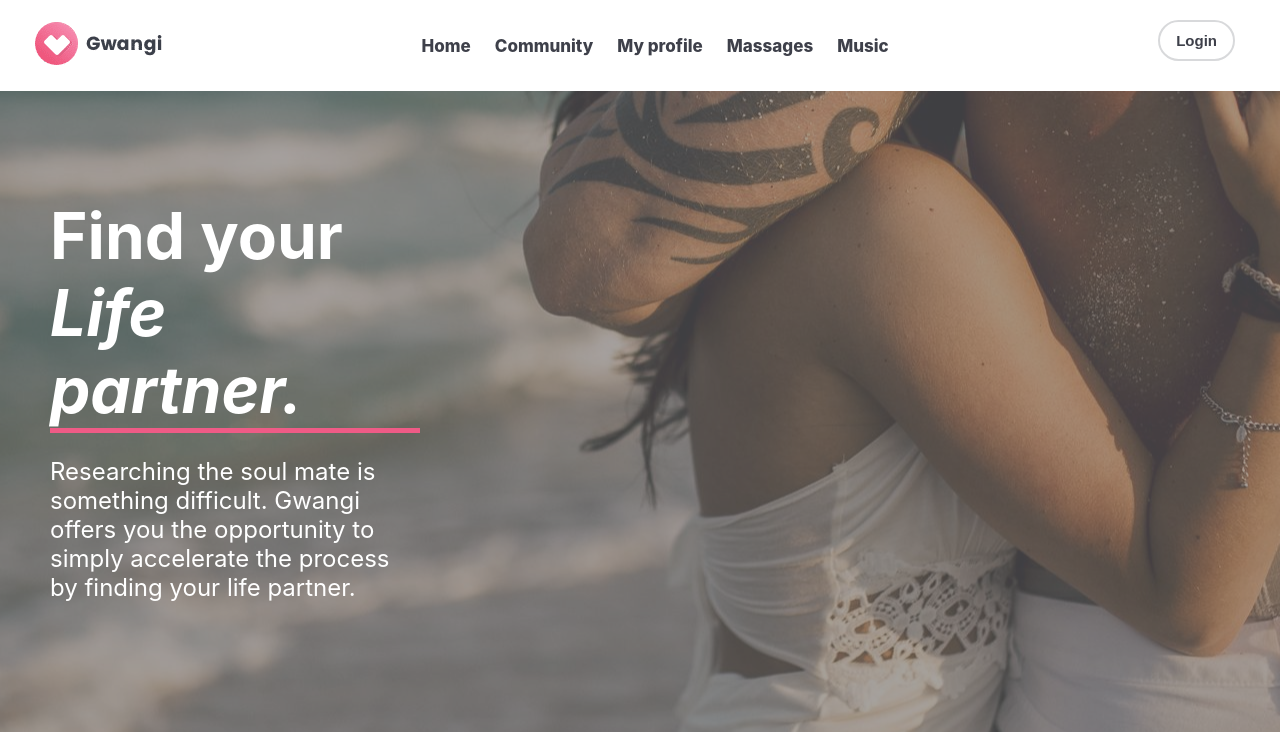
Repository: ShokunLiubov/Soc-Network-React
Page: /login
The author's editor kept a copy of each file at every save. The page is drawn from the files as they stood at one save, then again after the next save.
The browser window is 1280 px wide. The pictures show the whole page.
The project was rebuilt for these pictures with package versions that can differ from the ones it lists, and the page was loaded fresh each time. Also part of the build but not shown: src/components/common/Paginator/Paginator.module.css, src/components/common/Paginator/Paginator.jsx, src/components/Community/Community.module.css, src/components/Community/Friend/Friend.jsx, src/components/Community/Community.jsx, src/components/common/Preloader/Preloader.jsx, src/components/Community/CommunityContainer.jsx, src/components/Dialogs/Dialogs.module.css and 14 more.

Above is the page before, as saved 2022-08-24 17:43:41.

After the next save:
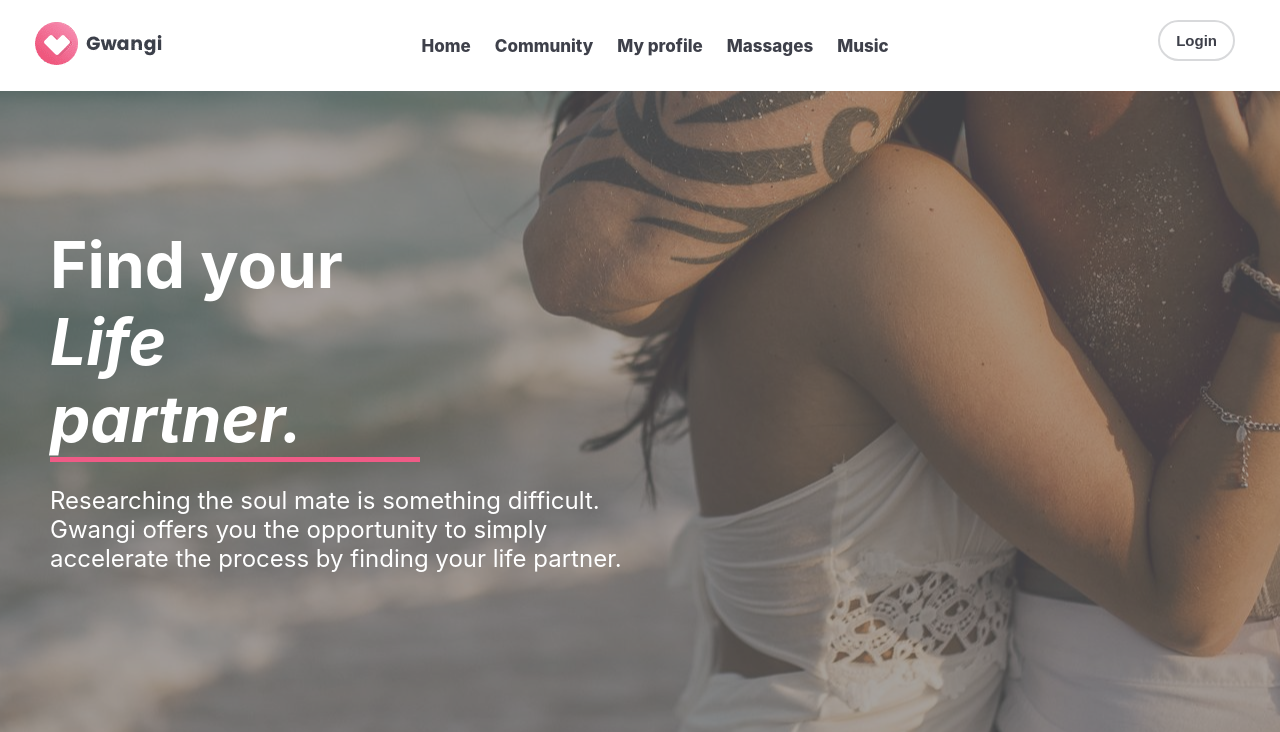
Saved 40 s later.
--- a/src/components/Auth/Registration/Registration.module.css
+++ b/src/components/Auth/Registration/Registration.module.css
@@ -35,5 +35,5 @@
 .excerption {
     color: #ffffff;
     font-size: 24px;
-    max-width: 370px;
+    max-width: 50%;
 }
